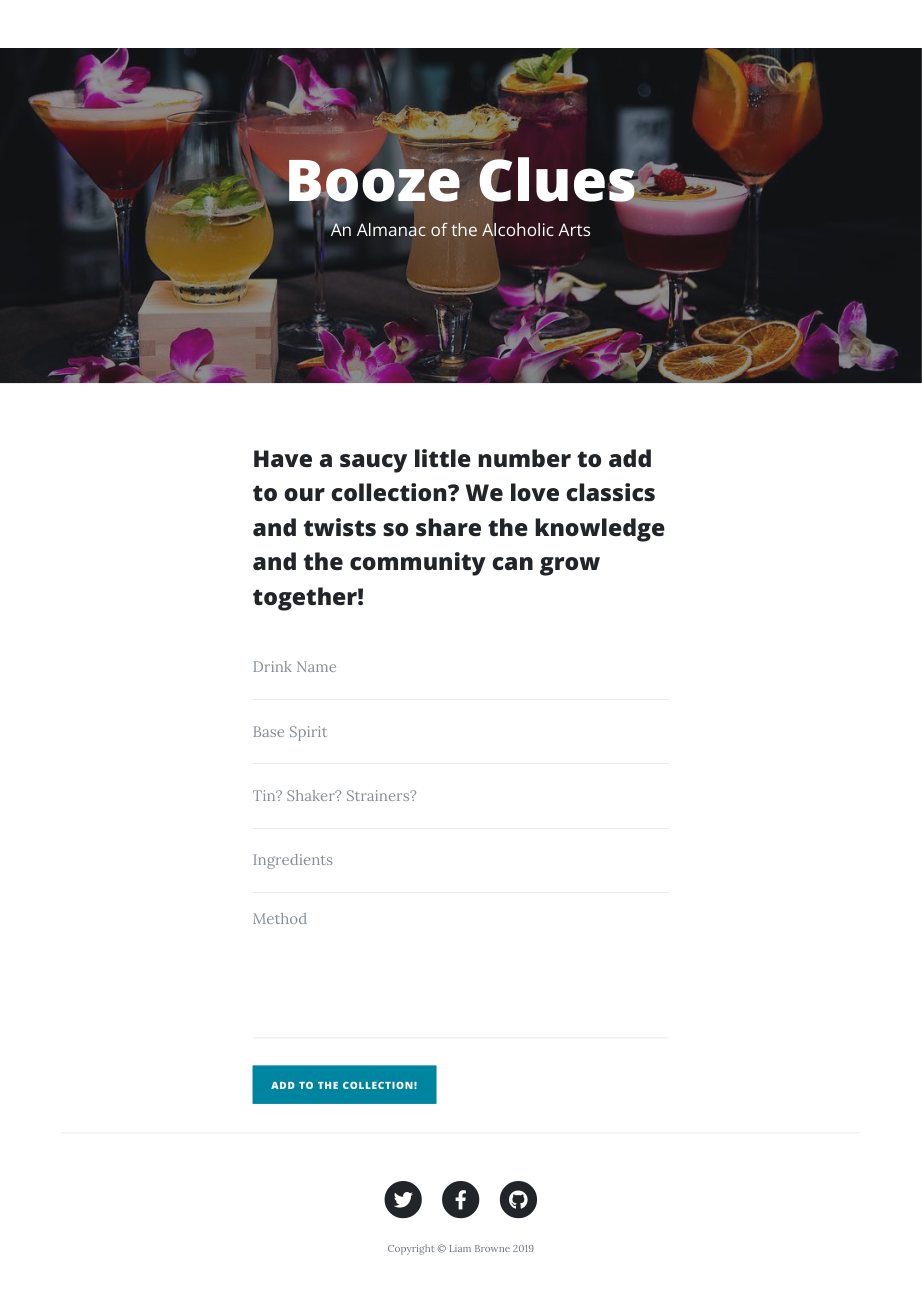
Repository: LiamB123/Booze-Clues
Page: http://localhost/add_recipe
The author's editor kept a record of every edit. The page is drawn from the files as they stood at one moment, then again after the next edit.
The browser window is 1280 px wide. The pictures show the whole page, at 72% of full size.
The page is served by the project's application, run on Flask 3 (app.py). Queries for data that is not in the repository find no rows.

Above is the page before.

After the next edit:
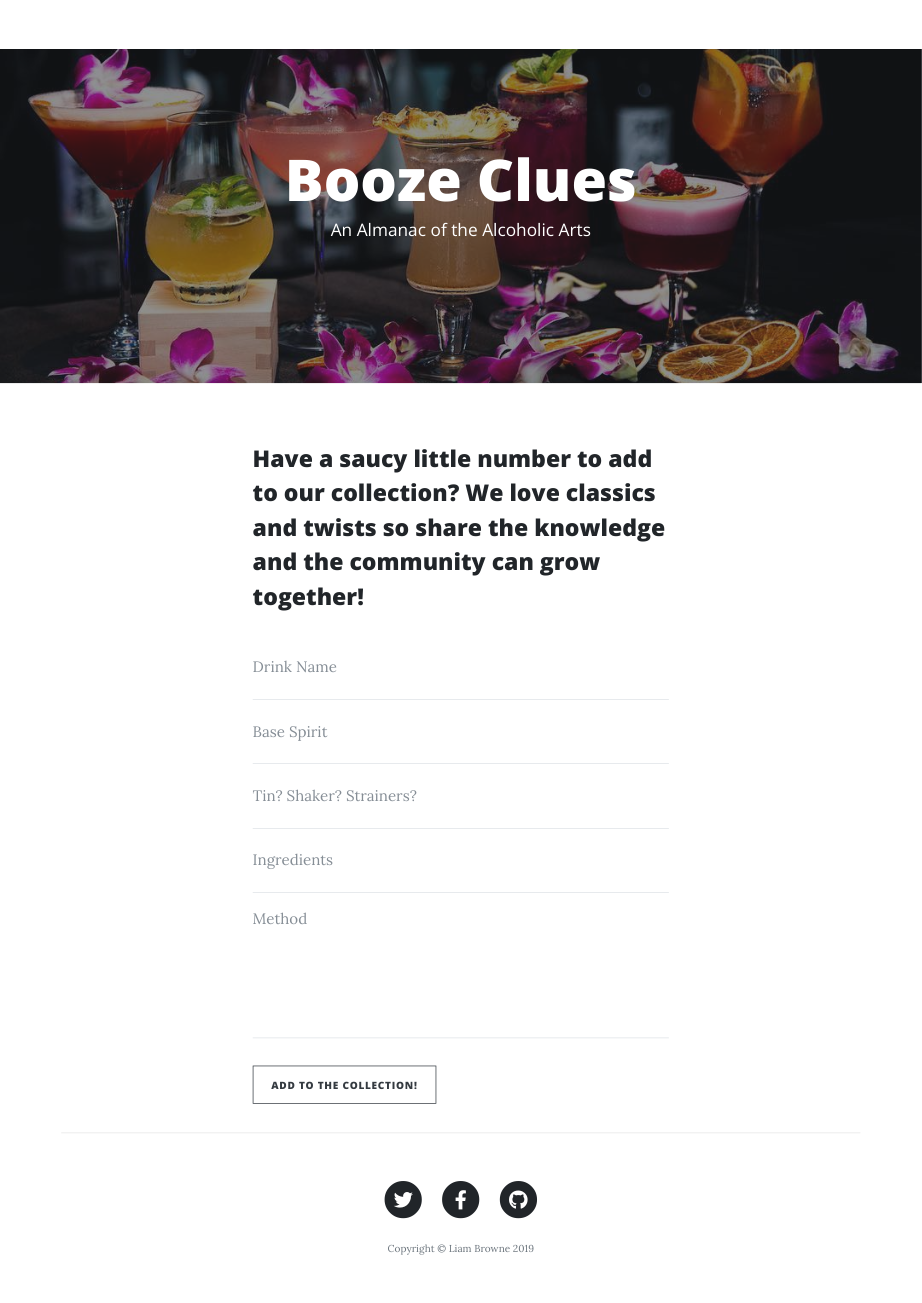
The edit:
--- a/templates/add_recipe.html
+++ b/templates/add_recipe.html
@@ -48,7 +48,7 @@
                         <br>
                         <div id="success"></div>
                         <div class="form-group">
-                            <button type="submit" class="btn btn-primary" id="sendMessageButton" >Add to the Collection!</button>
+                            <button type="submit" class="btn btn-outline-dark" id="sendMessageButton" >Add to the Collection!</button>
                         </div>
             </form>
             </div>
